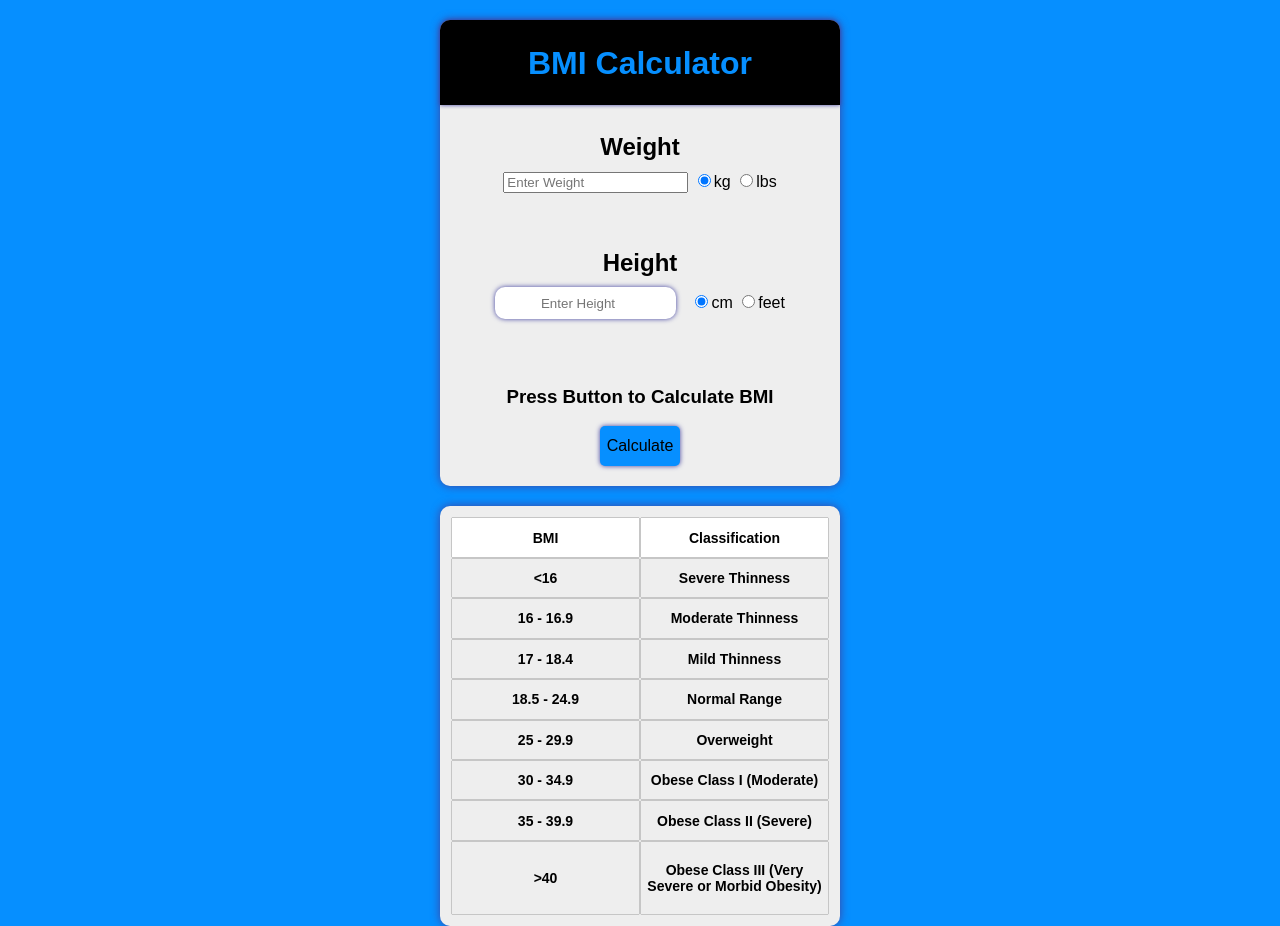
Repository: shayanabedi98/bmi-calculator
Page: index.html
These files come from the project's save history. The page is drawn as it stood at one moment and after the next save; the edit follows.
The browser window is 1280 px wide. The pictures show the whole page.

Above is the page before, as saved 2023-07-24 17:38:48.

After the next save:
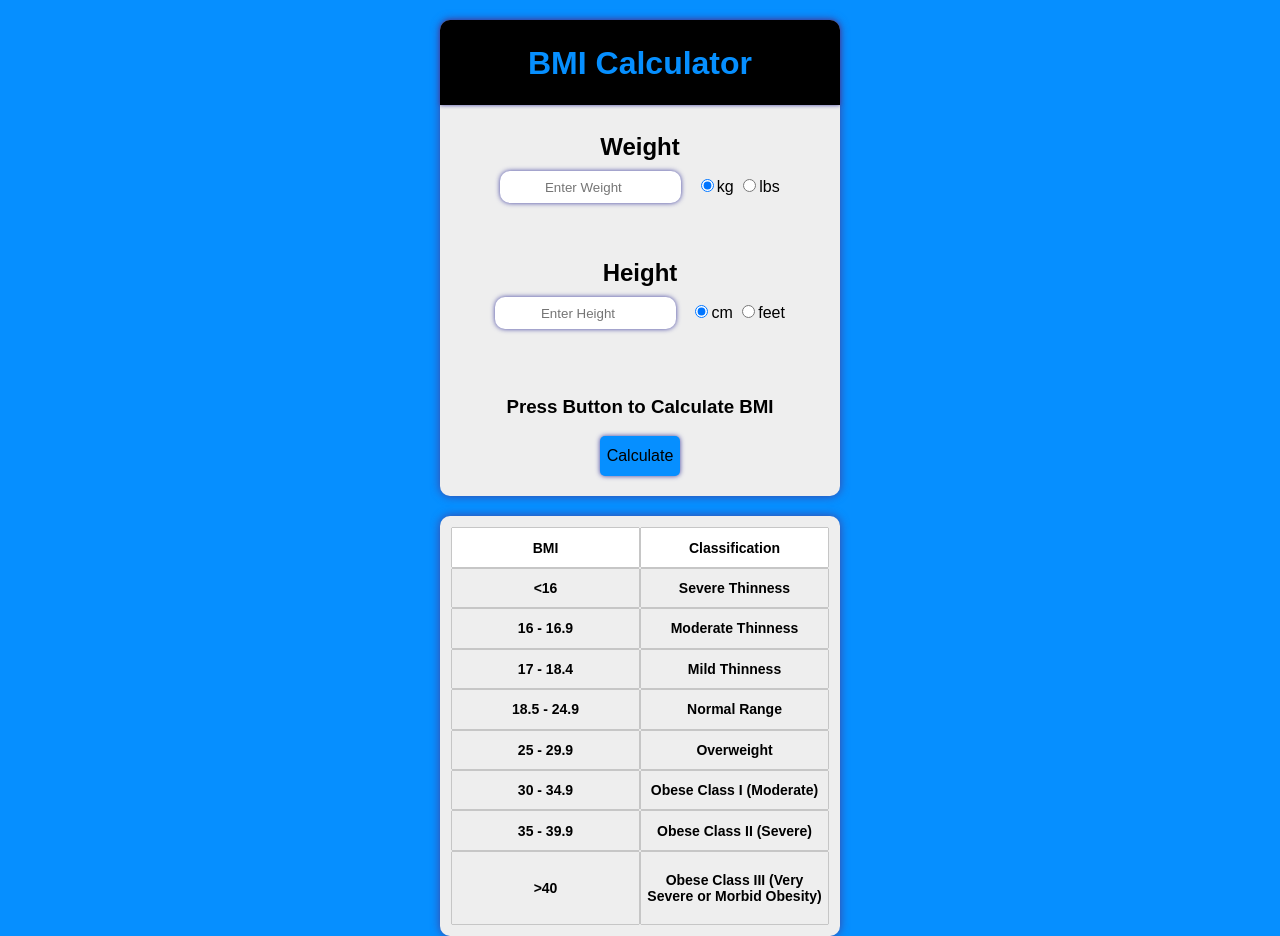
Saved 45 s later.
--- a/index.html
+++ b/index.html
@@ -13,7 +13,7 @@
                 <h1>BMI Calculator</h1>
                 <div class="weight">
                     <h2>Weight</h2>
-                    <input id="weight" placeholder="Enter Weight">
+                    <input id="weight" placeholder="Enter Weight" type="number">
                     <input type="radio" name="weight" checked><span>kg</span>
                     <input type="radio" name="weight"><span>lbs</span>
                 </div>
